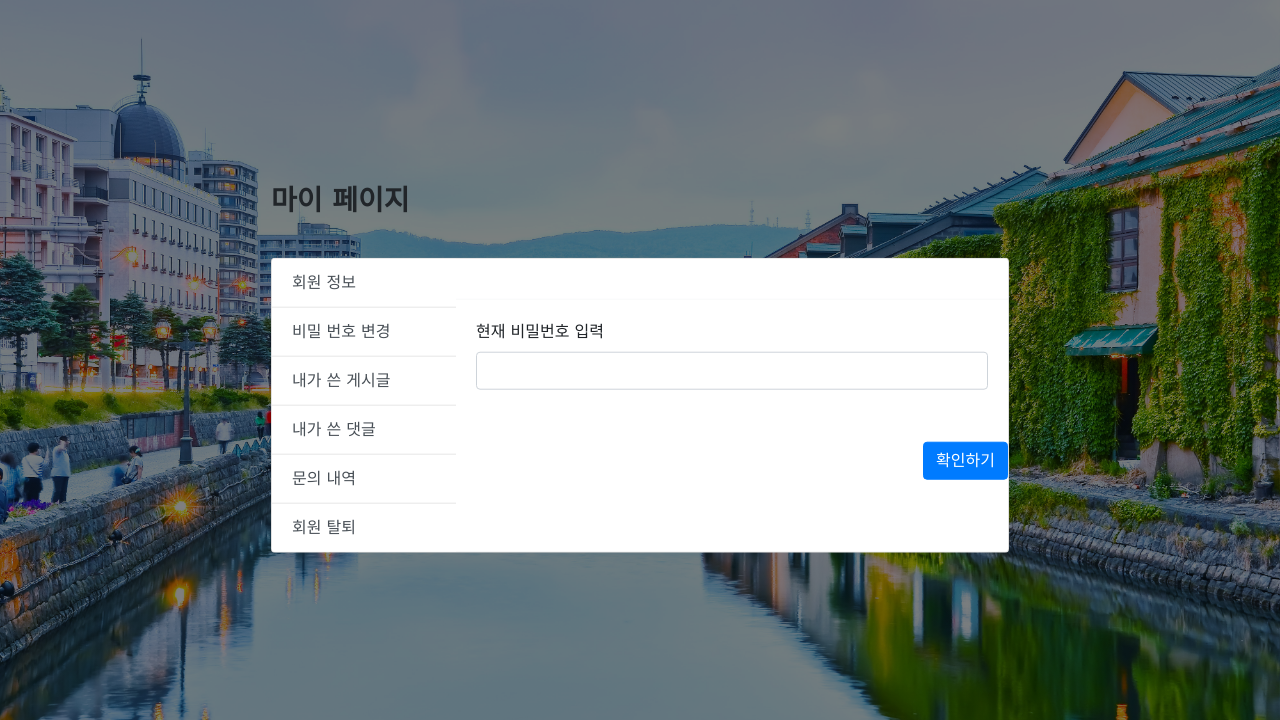
Repository: ExiNni/Travel-Project
Page: http://localhost/project_login/myPage/user_password-edit.jsp
An editor plug-in stored every save of this project. The page is shown before and after the next save, followed by the edit.
The browser window is 1280 px wide. The pictures show the whole page.
The page is served by Tomcat 9. Other server files are loaded and not shown.

Above is the page before, as saved 2023-11-14 00:28:28.

### project_login/src/main/webapp/myPage/user_password-edit.jsp
<%@ page language="java" contentType="text/html; charset=UTF-8" pageEncoding="UTF-8"%>
<!DOCTYPE html>
<html>
<head>
    <meta charset="UTF-8">
    <meta name="viewport" content="width=device-width, initial-scale=1.0">
    <title>마이페이지</title>
    <link rel="stylesheet" href="../myPage/mypage-css/mypage.css">
    <link href="https://cdn.jsdelivr.net/npm/bootstrap@4.5.0/dist/css/bootstrap.min.css" rel="stylesheet">

    <script>
        document.addEventListener('DOMContentLoaded', function () {
            const errorMessage = '<%=request.getAttribute("errorMessage")%>';
            if (errorMessage !== null && errorMessage.trim() !== "") {
                alert(errorMessage);
            }
        });
    </script>
</head>
<body>
    <form action="<%=request.getContextPath()%>/LoginServlet" method="post">
        <input type="hidden" name="action" value="password">
        <input type="hidden" name="USER_ID" value="<%=session.getAttribute("user_id")%>">
        <header>
            <div class="total">
                <div class="container light-style flex-grow-1 container-p-y">
                    <h3 class="font-weight-bold py-3 mb-4">마이 페이지</h3>

                    <div class="card overflow-hidden">
                        <div class="row no-gutters row-bordered row-border-light">
                            <div class="col-md-3 pt-0">
                                <div class="list-group list-group-flush account-settings-links">
                                <a class="list-group-item list-group-item-action" data-toggle="list" href="user-info.jsp">회원
                                    정보</a>
                                <a class="list-group-item list-group-item-action" data-toggle="list" href="user_password-edit.jsp">비밀 번호
                                    변경</a>
                                <a class="list-group-item list-group-item-action" data-toggle="list"
                                    href="user-post.jsp">내가 쓴 게시글</a>


                                <a class="list-group-item list-group-item-action" data-toggle="list" href="user-comment.jsp">내가 쓴
                                    댓글</a>
                                <a class="list-group-item list-group-item-action" data-toggle="list" href="user-inquiry-password.jsp">문의 내역</a>
                                <a class="list-group-item list-group-item-action" data-toggle="list" href="user-delete.jsp">회원 탈퇴</a>
                            </div>
                            </div>
                            <div class="col-md-9">
                                <div class="tab-content">
                                    <div class="card-body media align-items-center"></div>
                                </div>
                                <hr class="border-light m-0">

                                <div class="card-body">
                                    <div class="form-group">
                                        <label for="input_password" class="form-label">현재 비밀번호 입력</label>
                                        <input type="password" class="form-control mb-1" name="USER_PW" id="input_password">
                                    </div>
                                </div>
                                <div class="text-right mt-3">
                                    <button type="submit" class="btn btn-primary" id="check_password">확인하기</button>
                                </div>
                            </div>
                        </div>
                    </div>
                </div>
            </div>
        </header>
    </form>
</body>
</html>

### project_login/src/main/webapp/myPage/mypage-css/mypage.css
@charset "EUC-KR";

header{
    background-image:linear-gradient(rgba(0,0,0,0.5),rgba(0,0,0,0.5)), url('3.jpg');
    height: 100vh;
    background-size: cover;
    background-position: center;
}

.total {
    position: absolute;
    top: 50%;
    left: 50%;
    transform: translate(-50%, -50%);
    font-family: Verdana, Geneva, Tahoma, sans-serif;
    width: 60%;
}

#cancle{
    background-color: gray;
    border-color: gray;
}

#delete{
    background-color: red;
    border-color: red;

}

.sad{
    margin-left: 10%;
}

After the next save:
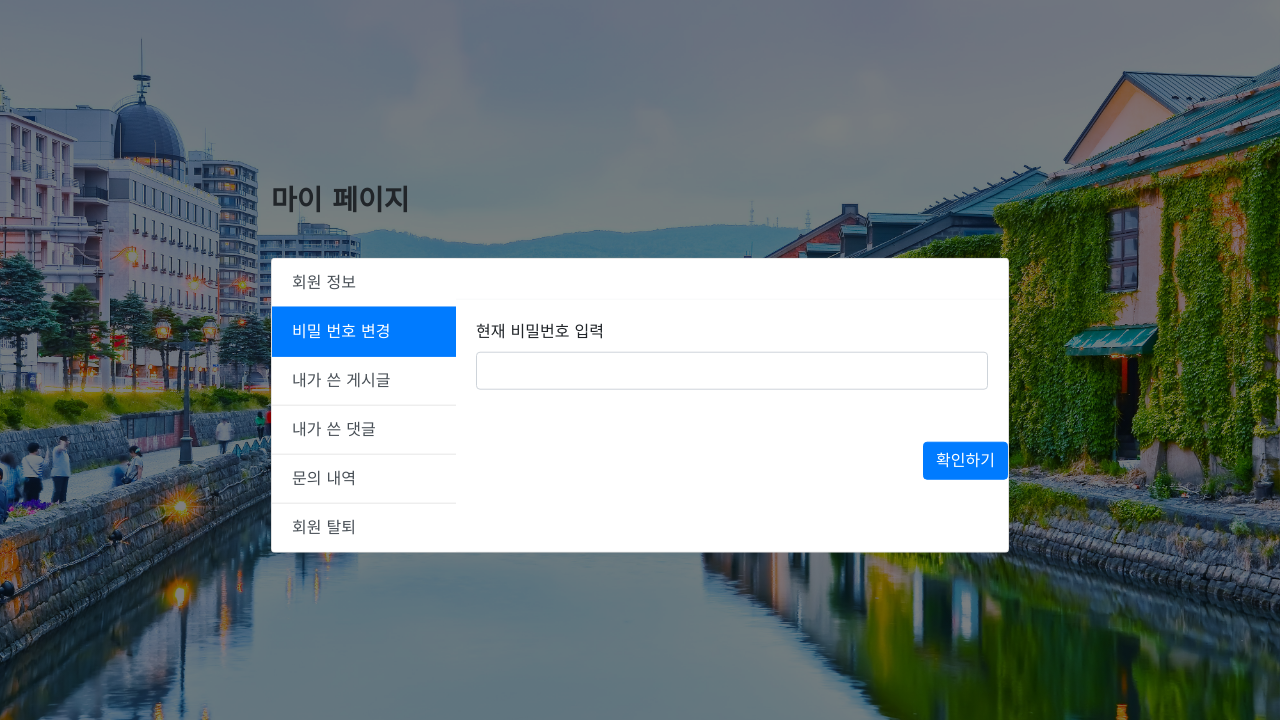
Saved 4 s later.
--- a/project_login/src/main/webapp/myPage/user_password-edit.jsp
+++ b/project_login/src/main/webapp/myPage/user_password-edit.jsp
@@ -32,7 +32,7 @@
                                 <div class="list-group list-group-flush account-settings-links">
                                 <a class="list-group-item list-group-item-action" data-toggle="list" href="user-info.jsp">회원
                                     정보</a>
-                                <a class="list-group-item list-group-item-action" data-toggle="list" href="user_password-edit.jsp">비밀 번호
+                                <a class="list-group-item list-group-item-action  active" data-toggle="list" href="user_password-edit.jsp">비밀 번호
                                     변경</a>
                                 <a class="list-group-item list-group-item-action" data-toggle="list"
                                     href="user-post.jsp">내가 쓴 게시글</a>
